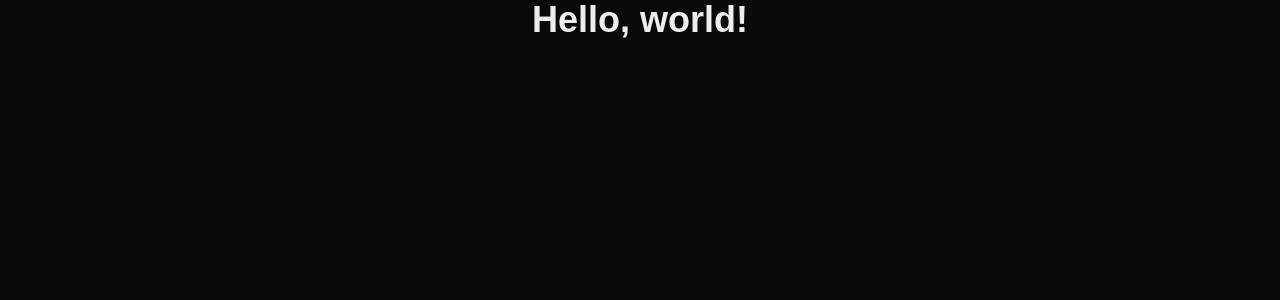
Repository: SergioAcostaTer/playas-canarias
Page: /
The author's editor kept a copy of each file at every save. The page is drawn from the files as they stood at one save, then again after the next save.
The browser window is 1280 px wide. The pictures show the whole page.
The project was rebuilt for these pictures with package versions that can differ from the ones it lists, and the page was loaded fresh each time. The framework's server and built-in components were replaced by stand-ins that run in the browser. Also part of the build but not shown: next.config.ts.

Above is the page before, as saved 2025-01-29 10:56:43.

### src/app/page.tsx

export default function Home() {
  return (
    <div className="container mx-auto">
      <h1 className="text-4xl font-bold text-center">Hello, world!</h1>

    </div>
  );
}

### src/app/globals.css
@tailwind base;
@tailwind components;
@tailwind utilities;

:root {
  --background: #ffffff;
  --foreground: #171717;
  --primary: #f59e0b;
}

@media (prefers-color-scheme: light) {
  :root {
    --background: #0a0a0a;
    --foreground: #ededed;
  }
}

body {
  color: var(--foreground);
  background: var(--background);
  font-family: Arial, Helvetica, sans-serif;
}

### src/components/Header.tsx
const Header = () => {
  return (
    <header>
      <h1>My Todo List</h1>
    </header>
  );
};

export { Header };

Loaded but not shown: src/app/layout.tsx (common file); tailwind.config.ts (common file)

After the next save:
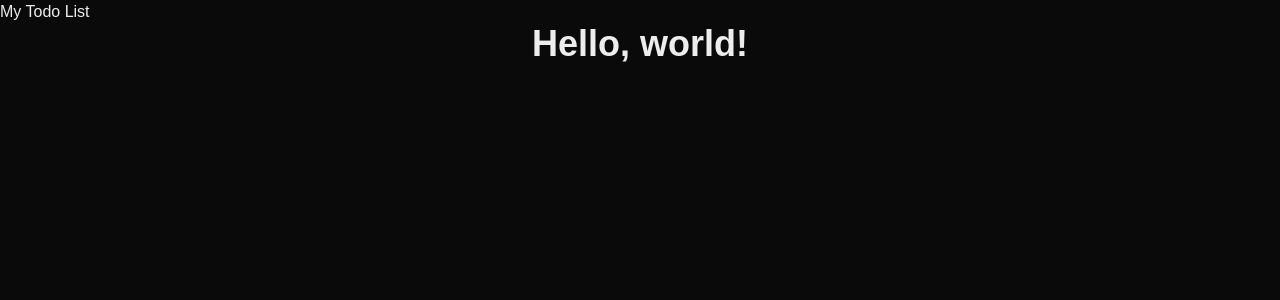
Saved 10 s later.
--- a/src/app/page.tsx
+++ b/src/app/page.tsx
@@ -1,7 +1,9 @@
+import { Header } from "@/components/Header";
 
 export default function Home() {
   return (
     <div className="container mx-auto">
+      <Header />
       <h1 className="text-4xl font-bold text-center">Hello, world!</h1>
 
     </div>
